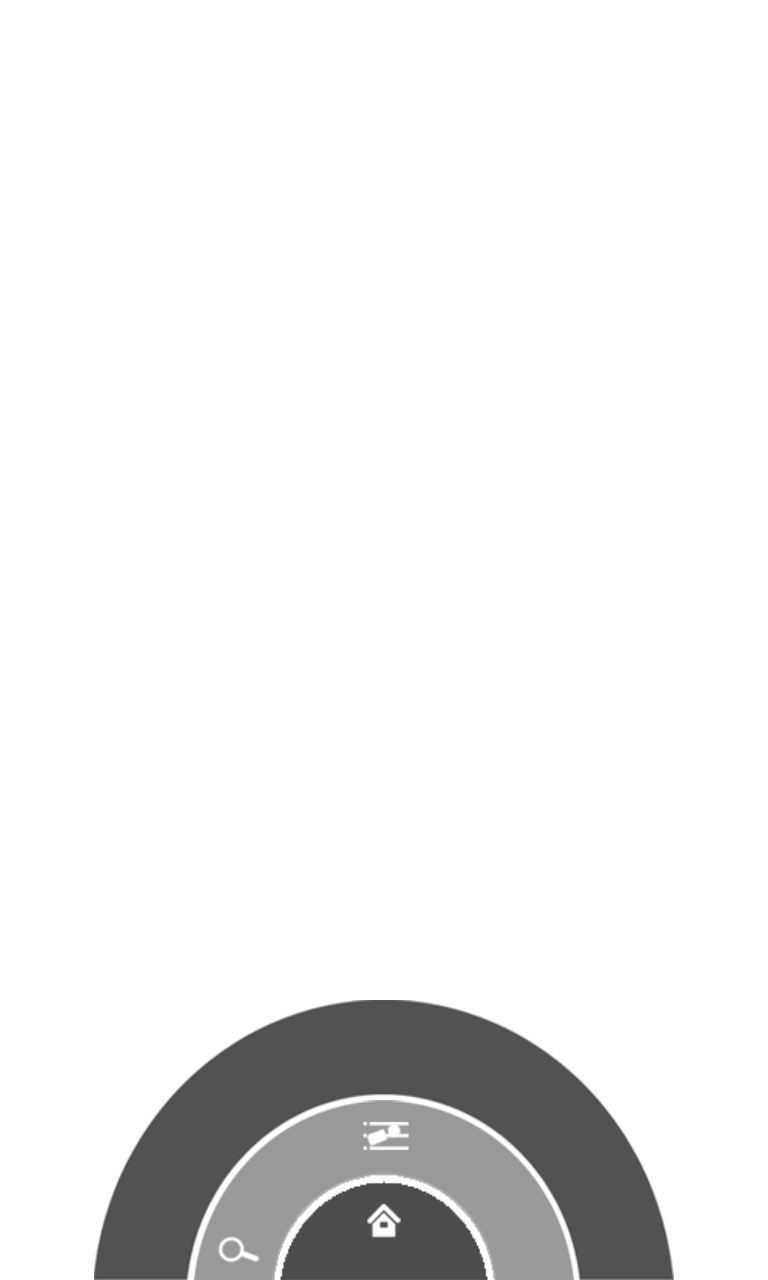
Repository: ASmouse/View
Layout: 02_UkuDemo14/res/layout/activity_main.xml
An editor plug-in stored every save of this project. The layout is shown before and after the next save, followed by the edit.
It is drawn on a 768 x 1280 px phone screen (xhdpi) without system bars, with theme AppTheme; the app's code is not run.

Above is the layout before, as saved 2015-10-24 03:01:47.

### 02_UkuDemo14/res/layout/activity_main.xml
<RelativeLayout xmlns:android="http://schemas.android.com/apk/res/android"
    xmlns:tools="http://schemas.android.com/tools"
    android:layout_width="match_parent"
    android:layout_height="match_parent"
    tools:context=".MainActivity" >

    <!-- uku菜单的第一层 -->

    <RelativeLayout
        android:layout_width="105dip"
        android:layout_height="50dip"
        android:layout_alignParentBottom="true"
        android:layout_centerHorizontal="true"
        android:background="@drawable/level1" >

        <!-- home键 -->

        <ImageView
            android:layout_width="wrap_content"
            android:layout_height="wrap_content"
            android:layout_centerHorizontal="true"
            android:src="@drawable/icon_home" />
    </RelativeLayout>

    <!-- uku菜单第二层 -->

    <RelativeLayout
        android:layout_width="190dip"
        android:layout_height="90dip"
        android:layout_alignParentBottom="true"
        android:layout_centerHorizontal="true"
        android:background="@drawable/level2" >

        <!-- 搜索 -->

        <ImageView
            android:layout_marginLeft="8dip"
            android:layout_alignParentBottom="true"
            android:layout_width="wrap_content"
            android:layout_height="wrap_content"
            android:src="@drawable/icon_search" />

        <!--菜单  -->
        <ImageView
            android:layout_marginTop="3dip"
            android:layout_centerHorizontal="true"
            android:layout_width="wrap_content"
            android:layout_height="wrap_content"
            android:src="@drawable/icon_menu" />

          <!--优酷菜单  -->
        <ImageView
            android:layout_marginTop="3dip"
            android:layout_centerHorizontal="true"
            android:layout_width="wrap_content"
            android:layout_height="wrap_content"
            android:src="@drawable/icon_myyouku" />
    </RelativeLayout>

    <!-- uku菜单第三层 -->

    <RelativeLayout
        android:layout_width="290dip"
        android:layout_height="140dip"
        android:layout_alignParentBottom="true"
        android:layout_centerHorizontal="true"
        android:background="@drawable/level3" >
    </RelativeLayout>

</RelativeLayout>

Loaded but not shown: 02_UkuDemo14/res/values/styles.xml (common file); 02_UkuDemo14/res/values-v11/styles.xml (common file); 02_UkuDemo14/res/values-v14/styles.xml (common file)

After the next save:
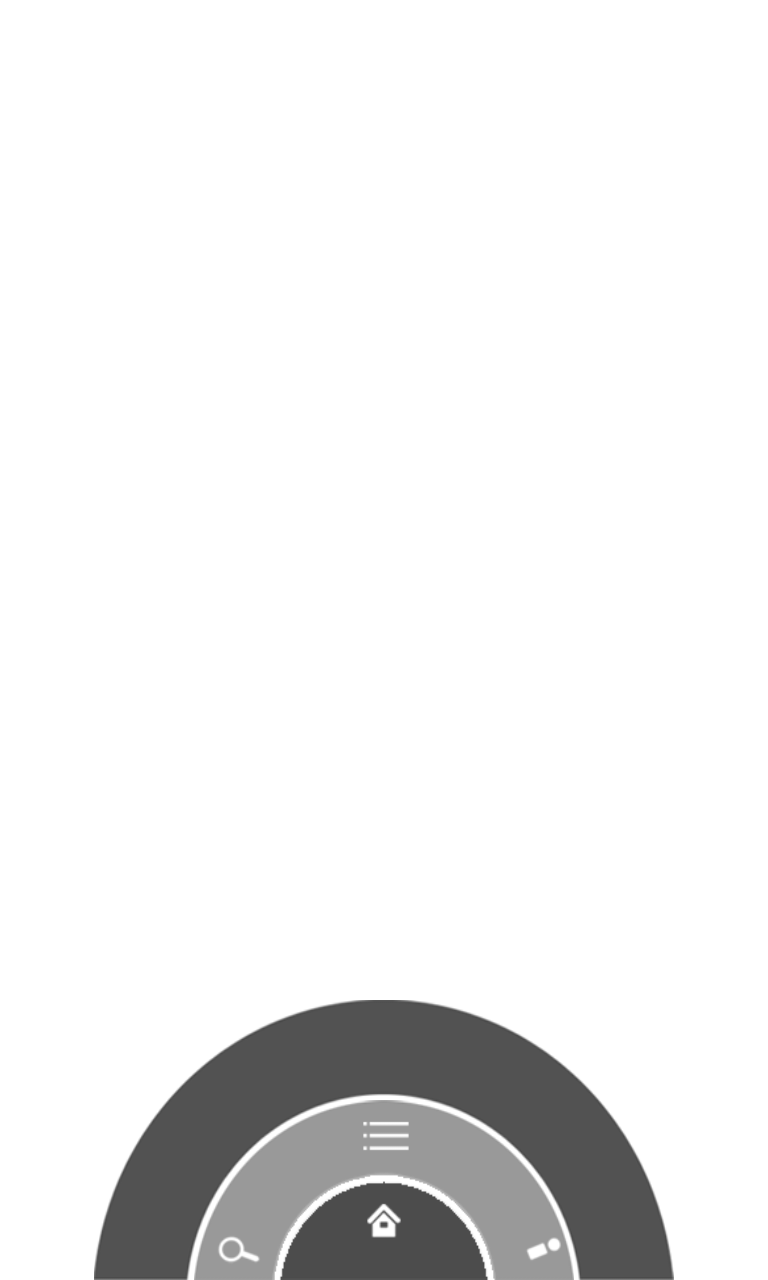
Saved 26 s later.
--- a/02_UkuDemo14/res/layout/activity_main.xml
+++ b/02_UkuDemo14/res/layout/activity_main.xml
@@ -34,26 +34,29 @@
         <!-- 搜索 -->
 
         <ImageView
-            android:layout_marginLeft="8dip"
-            android:layout_alignParentBottom="true"
             android:layout_width="wrap_content"
             android:layout_height="wrap_content"
+            android:layout_alignParentBottom="true"
+            android:layout_marginLeft="8dip"
             android:src="@drawable/icon_search" />
 
-        <!--菜单  -->
+        <!-- 菜单 -->
+
         <ImageView
-            android:layout_marginTop="3dip"
-            android:layout_centerHorizontal="true"
             android:layout_width="wrap_content"
             android:layout_height="wrap_content"
+            android:layout_centerHorizontal="true"
+            android:layout_marginTop="3dip"
             android:src="@drawable/icon_menu" />
 
-          <!--优酷菜单  -->
+        <!-- 优酷菜单 -->
+
         <ImageView
-            android:layout_marginTop="3dip"
-            android:layout_centerHorizontal="true"
             android:layout_width="wrap_content"
             android:layout_height="wrap_content"
+            android:layout_alignParentRight="true"
+            android:layout_alignParentBottom="true"
+            android:layout_marginTop="3dip"
             android:src="@drawable/icon_myyouku" />
     </RelativeLayout>
 
